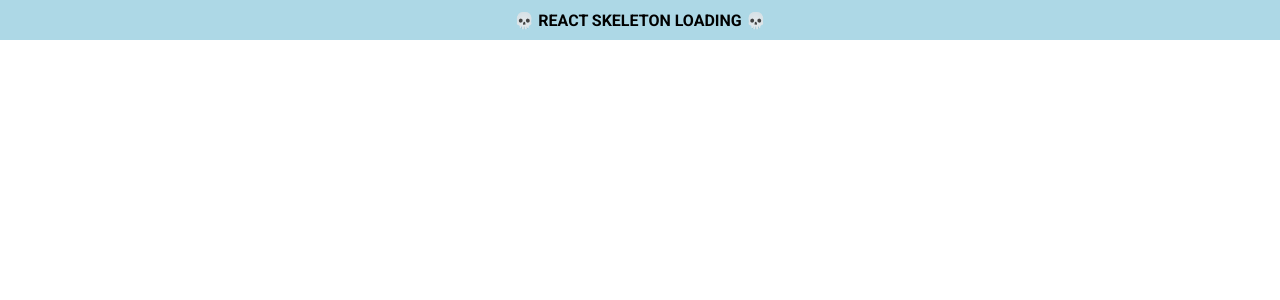
Repository: ethanJones21/React-Skeleton-Loading
Page: /
The author's editor kept a copy of each file at every save. The page is drawn from the files as they stood at one save, then again after the next save.
The browser window is 1280 px wide. The pictures show the whole page.
The project was rebuilt for these pictures with package versions that can differ from the ones it lists, and the page was loaded fresh each time.

Above is the page before, as saved 2020-11-26 02:03:49.

After the next save:
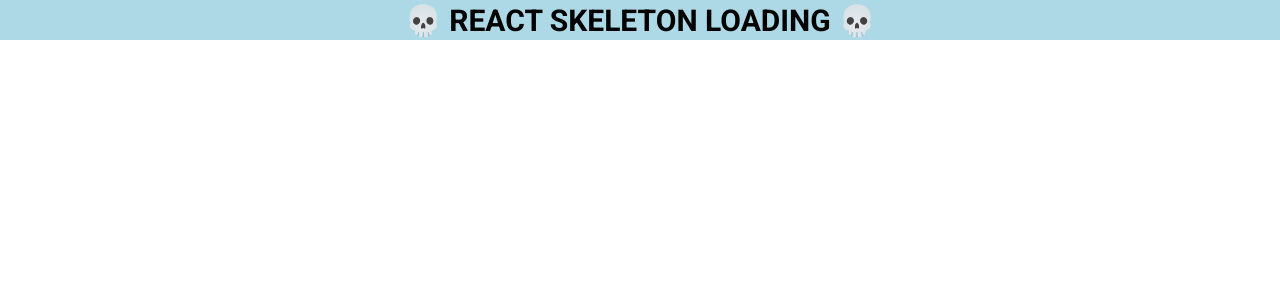
Saved 11 s later.
--- a/src/components/Header.css
+++ b/src/components/Header.css
@@ -5,5 +5,6 @@
     height: 40px;
     width: 100%;
     background-color: lightblue;
-    font-weight: 600
+    font-weight: 600;
+    font-size: 30px;
 }
